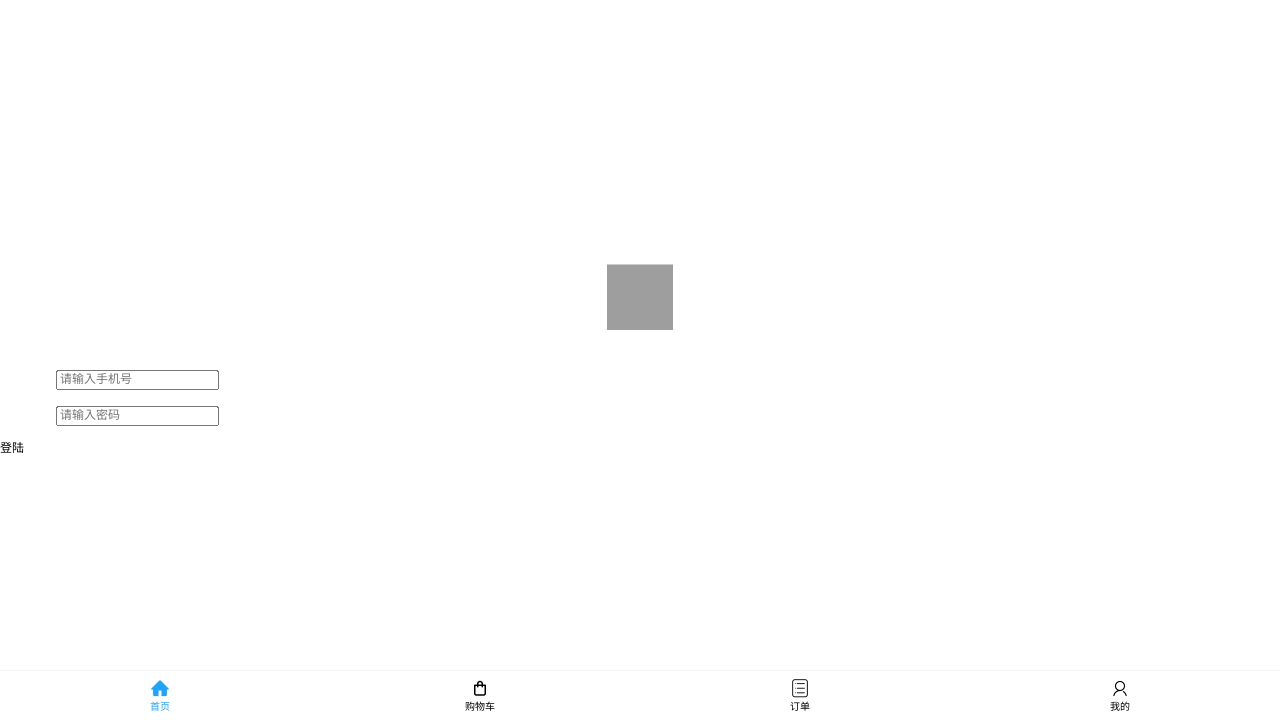
Repository: nestzero/mallapp
Page: /#/login
An editor plug-in stored every save of this project. The page is shown before and after the next save, followed by the edit.
The browser window is 1280 px wide. The pictures show the whole page.
Pictures or frames that could not be fetched are drawn as grey boxes. The project was rebuilt for these pictures with package versions that can differ from the ones it lists, and the page was loaded fresh each time. Also part of the build but not shown: vue.config.js.

Above is the page before, as saved 2022-03-07 22:38:15.

After the next save:
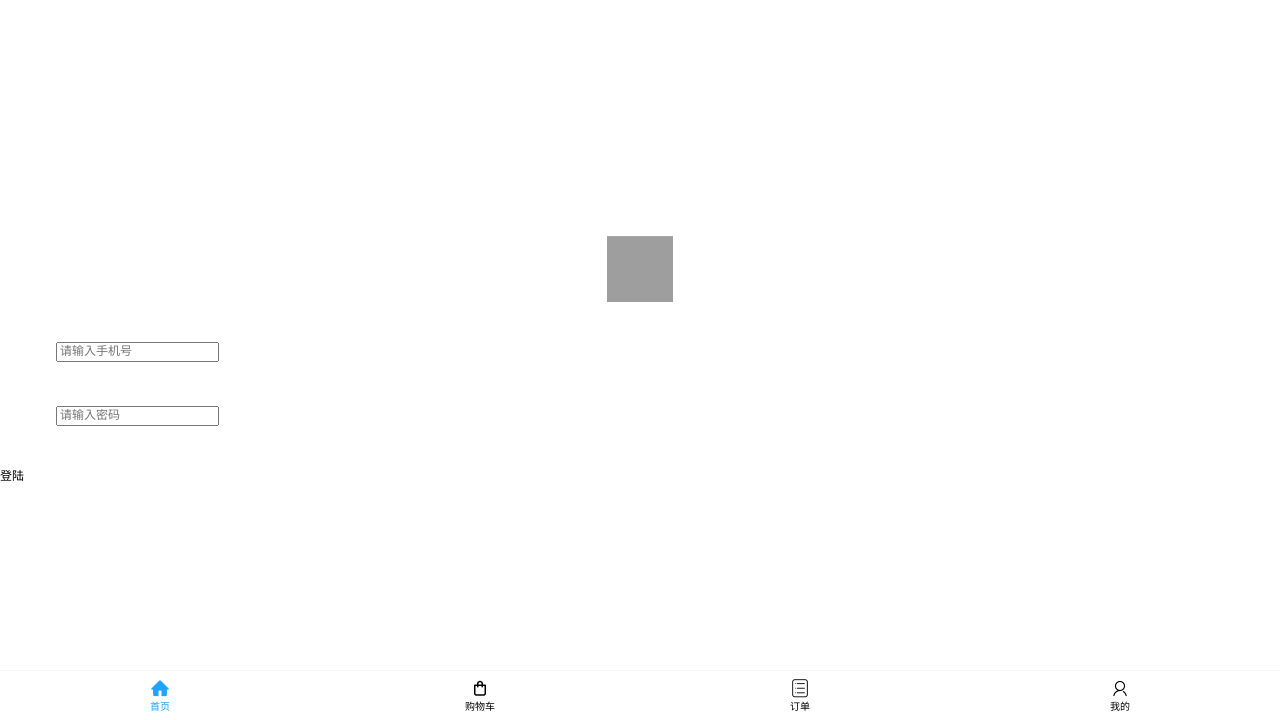
Saved 36 s later.
--- a/src/components/content/login/Login.vue
+++ b/src/components/content/login/Login.vue
@@ -37,6 +37,7 @@ export default {};
   }
 
   &_input{
+    height: .48rem;
 
     margin: 0 .4rem .16rem .4rem;
 
